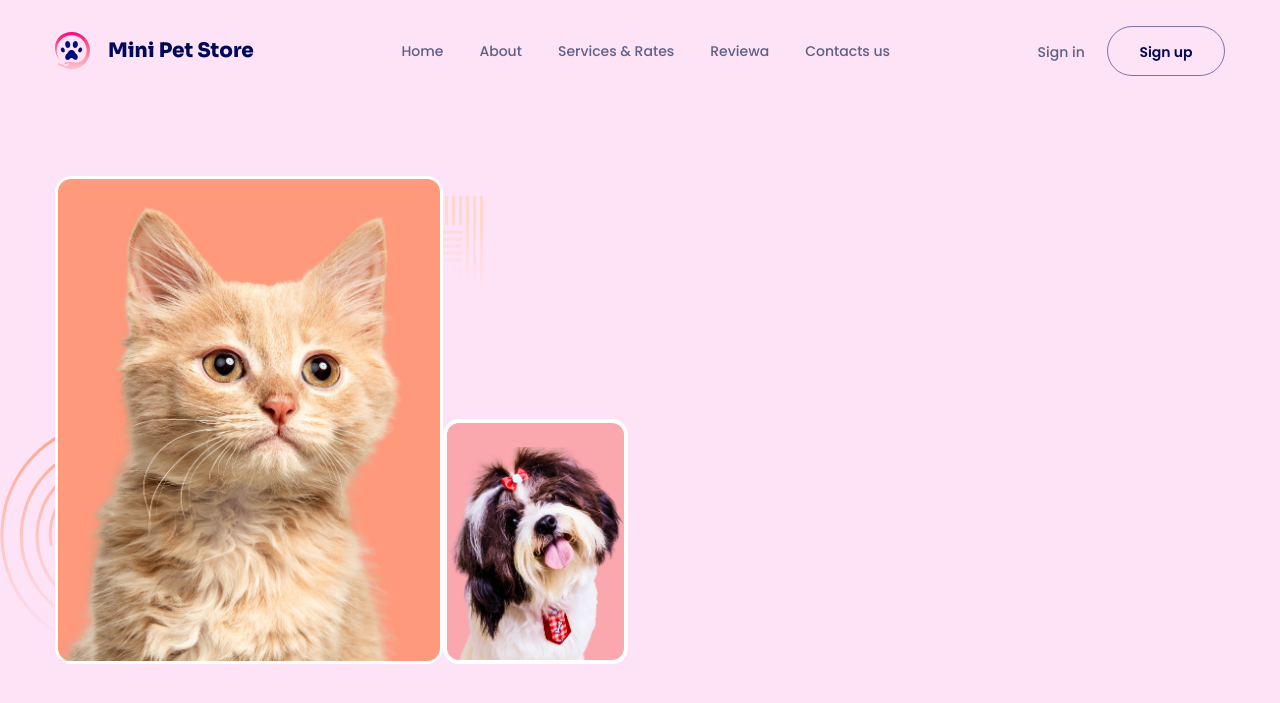
Repository: Tran-Dat/ASM-HTML5-F8-04
Page: index.html
The author's editor kept a copy of each file at every save. The page is drawn from the files as they stood at one save, then again after the next save.
The browser window is 1280 px wide. The pictures show the whole page.

Above is the page before, as saved 2023-06-12 16:07:58.

After the next save:
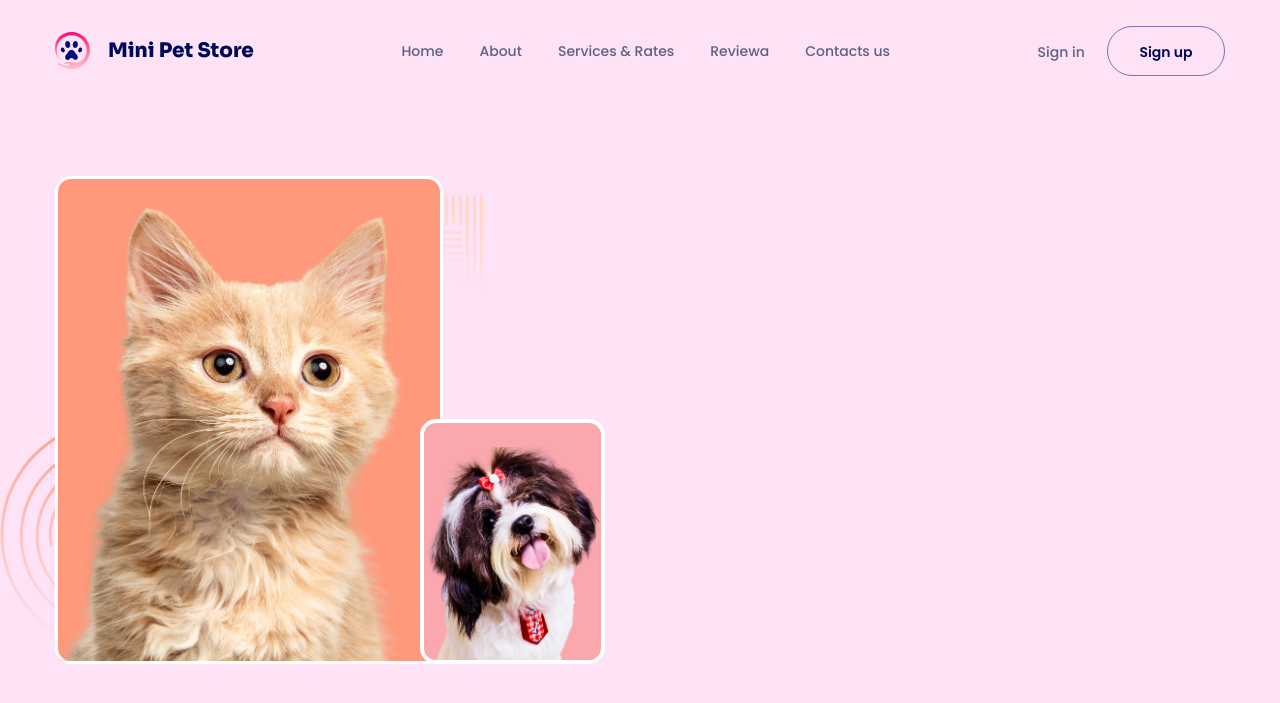
Saved 65 s later.
--- a/assets/css/styles.css
+++ b/assets/css/styles.css
@@ -159,6 +159,8 @@
 }
 
 .hero__img-wrap-small {
+    margin-left: -23px;
+
     width: 185px;
     height: 245px;
     background: #faa7ad;
